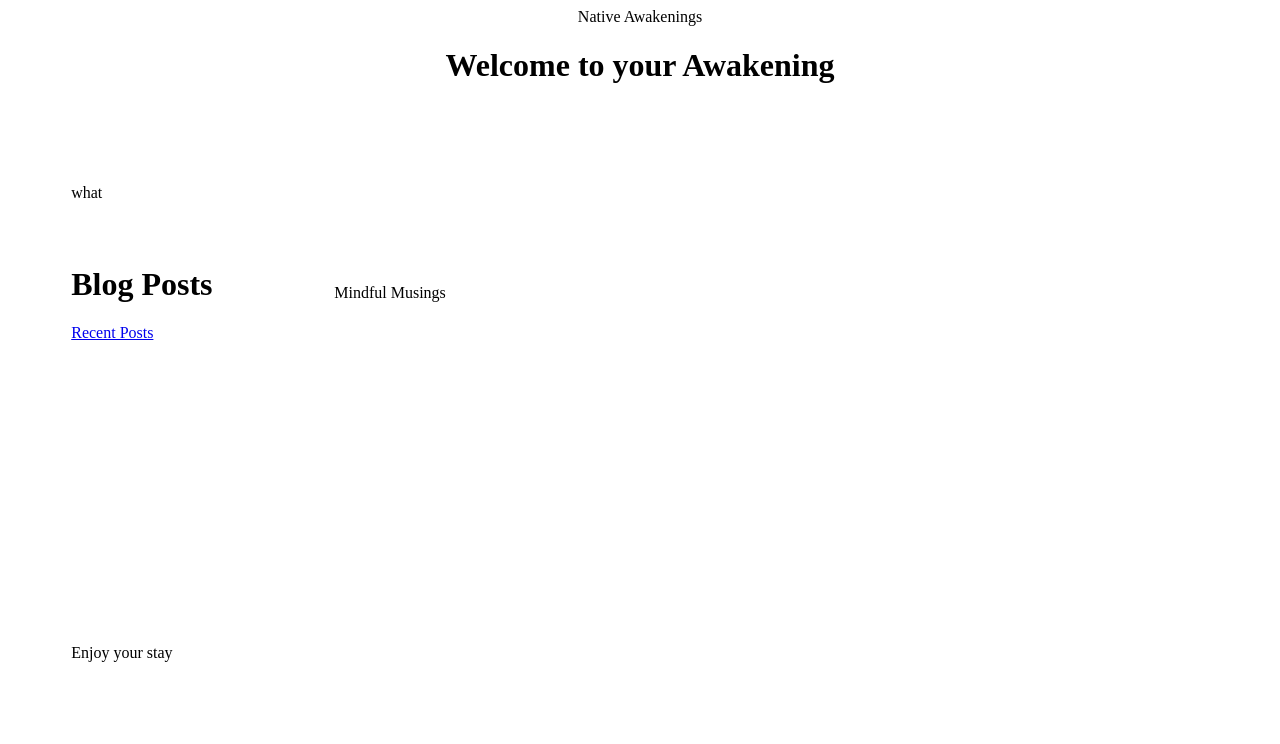
Repository: Gregg-Hendrix/blog-project
Page: index.html
These files come from the project's save history. The page is drawn as it stood at one moment and after a run of saves; the edit follows.
The browser window is 1280 px wide. The pictures show the whole page.

Above is the page before, as saved 2021-03-15 14:05:00.

After the next 2 saves:
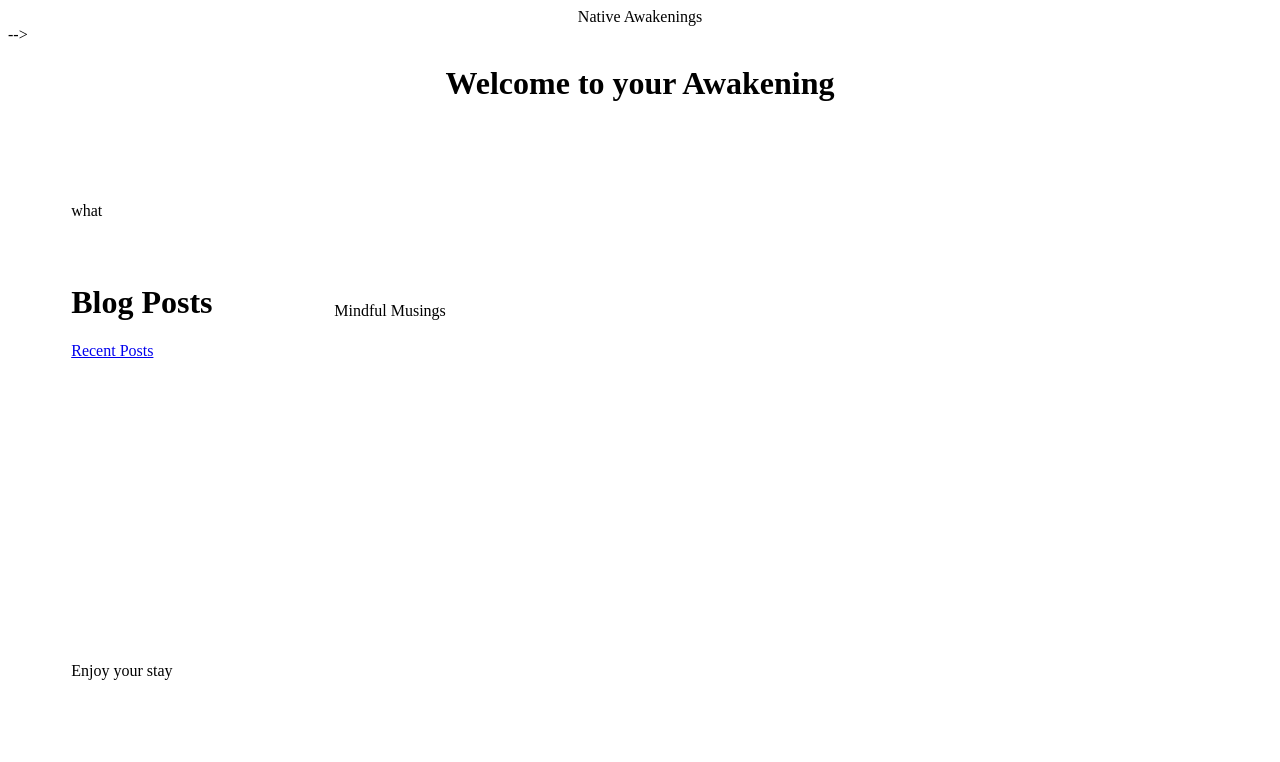
The 2 saves are shown as one change because they came seconds apart.
The last was saved 7 s later.
--- a/index.html
+++ b/index.html
@@ -15,7 +15,7 @@
   <aside class="right-sidebar">Right sidebar</aside>
   <footer>Enjoy your stay</footer>
 </div> -->
-            <header class="header">Native Awakenings</header>
+            <header class="header">Native Awakenings</header> -->
             <h1 class="intro">Welcome to your Awakening</h1>
             <div class="container">
             <nav>what</nav>

After the save that followed:
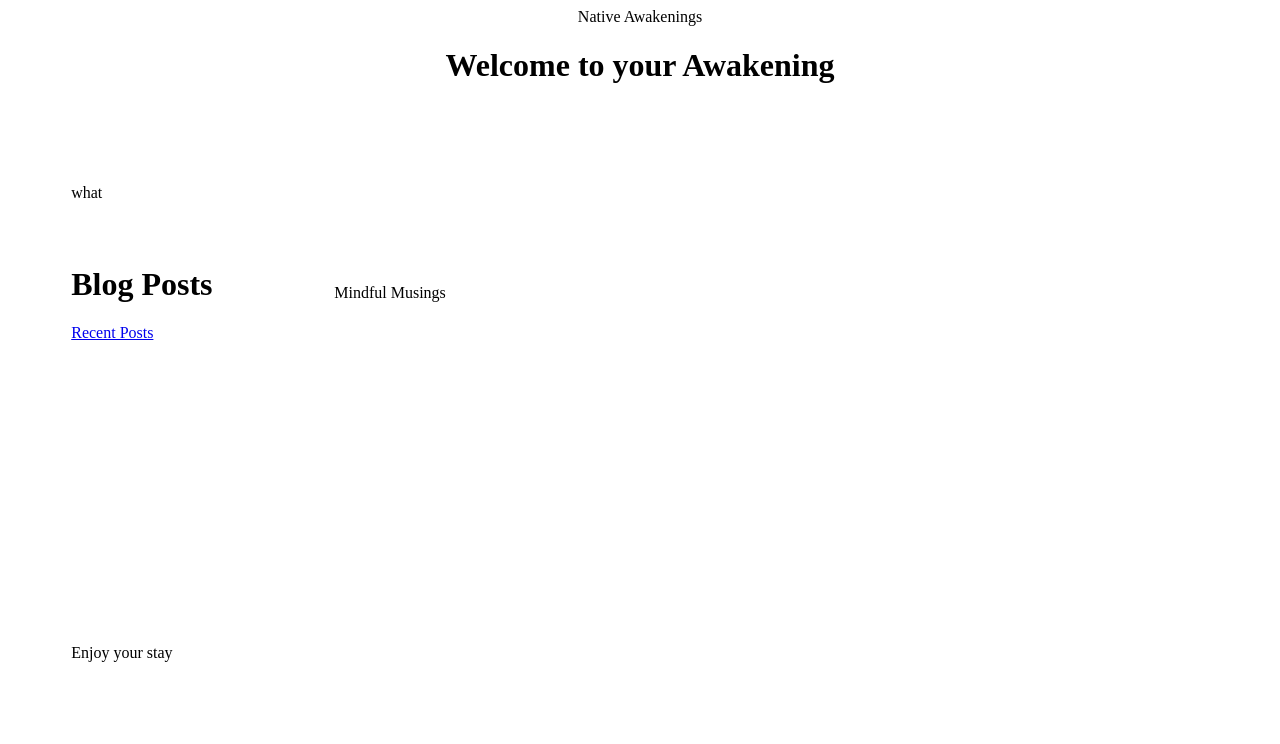
Saved 4 s later.
--- a/index.html
+++ b/index.html
@@ -15,7 +15,7 @@
   <aside class="right-sidebar">Right sidebar</aside>
   <footer>Enjoy your stay</footer>
 </div> -->
-            <header class="header">Native Awakenings</header> -->
+            <header class="header">Native Awakenings</header>
             <h1 class="intro">Welcome to your Awakening</h1>
             <div class="container">
             <nav>what</nav>
